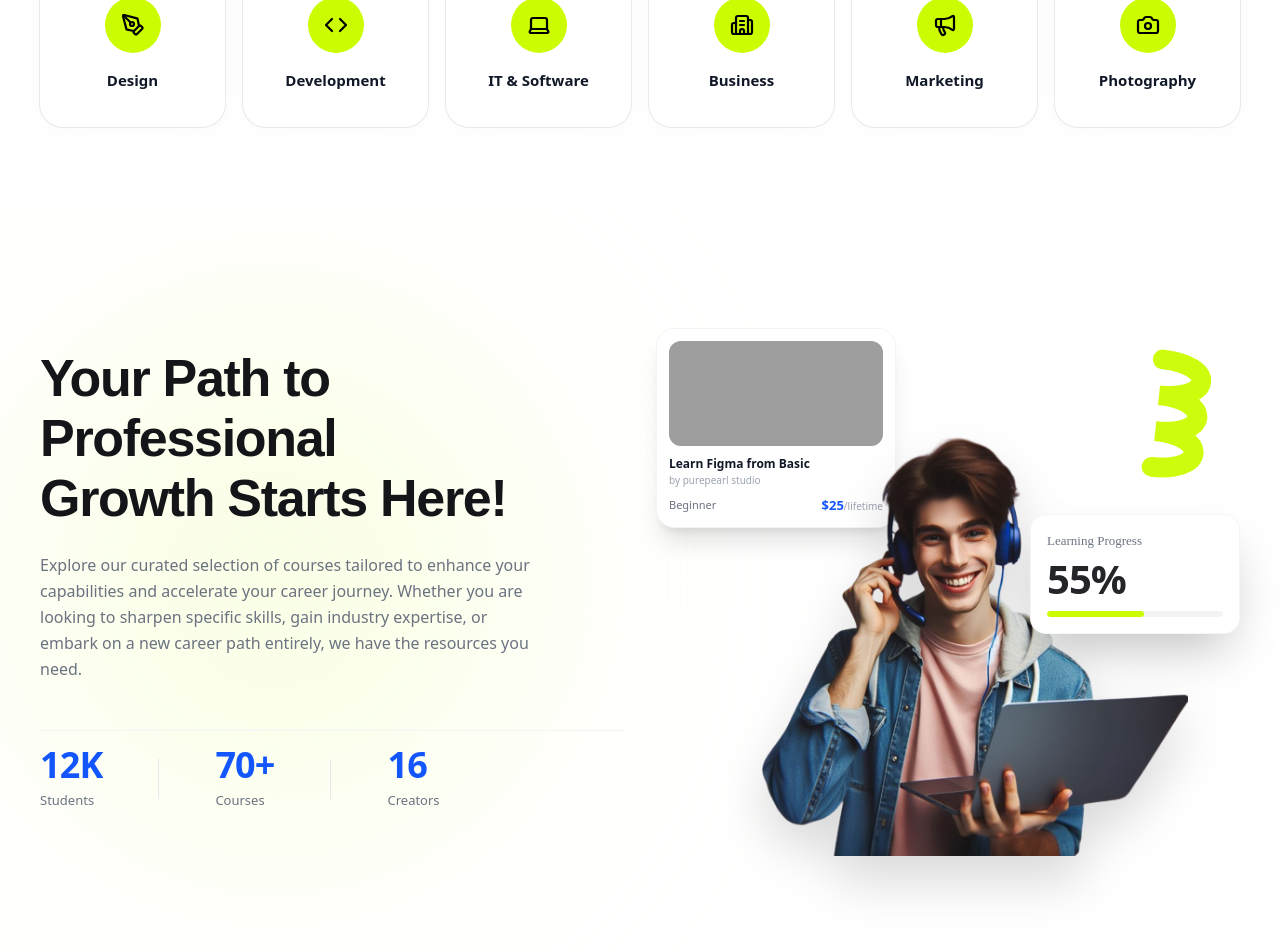
Repository: mdkawsarjomadder/bytespace
Page: /
These files come from the project's save history. The page is drawn as it stood at one moment and after the next save; the edit follows.
The browser window is 1280 px wide. The pictures show the part of the page from y = 2939 to 3891 px (the page is 3891 px tall).
Pictures or frames that could not be fetched are drawn as grey boxes. Some web fonts or font styles are not loaded; a fallback is used. The project was rebuilt for these pictures with package versions that can differ from the ones it lists, and the page was loaded fresh each time. Also part of the build but not shown: vite.config.js.

Above is the page before, as saved 2026-09-29 23:51:25.

### index.html
<!doctype html>
<html lang="en">
  <head>
    <meta charset="UTF-8" />
    <link rel="icon" type="image/svg+xml" href="/favicon.svg" />
    <meta name="viewport" content="width=device-width, initial-scale=1.0" />
    <title>bytespace</title>
  </head>
  <body>
    <div id="root"></div>
    <script type="module" src="/src/main.jsx"></script>
    <link href="https://api.fontshare.com/v2/css?f[]=satoshi@400,500,700&display=swap" rel="stylesheet">
  </body>
</html>

### src/App.jsx
import React from 'react';
import Navbar from './components/Navbar';
import Hero from './components/Hero';
import CategoryPills from './components/CategoryPills';
import CourseGrid from './components/CourseGrid';
import LearningPaths from './components/LearningPaths';
import GrowthStats from './components/GrowthStats';

function App() {
  return (
    <div className="min-h-screen bg-gray-50 font-sans">
      <Navbar />
      <Hero />
      < CategoryPills/>
      < CourseGrid/>
      < LearningPaths/>
      < GrowthStats/>
    </div>
  );
}

export default App;

### src/components/Navbar.jsx
import React from 'react';
import { ShoppingBag } from 'lucide-react';

const Navbar = () => {
  return (
    <header className="w-full h-[120px] bg-[#1456fd] border-b border-blue-400/20 pl-[122px] pr-16 flex items-center justify-between relative z-50">
      {/* 1. Brand Logo (Figma Specs: 171px x 37px) */}
      <div
        className="w-[171px] h-[37px] flex items-center gap-3 cursor-pointer select-none"
        style={{ opacity: 1 }}
      >
        {/* Play Icon Logo */}
        <div className="w-[37px] h-[37px] rounded-full bg-[#d2fb1b] flex items-center justify-center shrink-0">
          <svg
            className="w-4 h-4 text-black fill-current translate-x-0.5"
            viewBox="0 0 24 24"
          >
            <path d="M8 5v14l11-7z" />
          </svg>
        </div>
        {/* Logo Text */}
        <span className="text-[28px] font-bold tracking-tight text-white leading-none font-['Satoshi']">
          ByteSpace
        </span>
      </div>

      {/* 2. Navigation Links */}
      <nav className="hidden md:flex items-center gap-8 font-['Satoshi']">
        <a
          href="#home"
          className="text-[#F5F5F6] text-[16px] leading-[160%] font-normal hover:text-[#d2fb1b] transition-colors"
        >
          Home
        </a>
        <a
          href="#courses"
          className="w-[58px] h-[26px] flex items-center text-[#F5F5F6] text-[16px] leading-[160%] font-normal hover:text-[#d2fb1b] transition-colors"
          style={{ opacity: 1 }}
        >
          Courses
        </a>
        <a
          href="#creators"
          className="text-[#F5F5F6] text-[16px] leading-[160%] font-normal hover:text-[#d2fb1b] transition-colors"
        >
          Creators
        </a>
      </nav>

      {/* 3. Action Buttons & Cart */}
      <div className="flex items-center gap-6 font-['Satoshi']">
        <button
          className="w-[49px] h-[24px] flex items-center justify-center text-[#F5F5F6] text-[16px] leading-[24px] font-normal hover:text-white/80 transition-colors"
          style={{ opacity: 1 }}
        >
          Sign In
        </button>
        <button
          className="h-[24px] px-2 flex items-center justify-center text-[#F5F5F6] text-[16px] leading-[24px] font-normal hover:text-white/80 transition-colors"
          style={{ opacity: 1 }}
        >
          Join us
        </button>
        <button className="text-[#F5F5F6] hover:text-[#d2fb1b] transition-colors flex items-center justify-center ml-2">
          <ShoppingBag size={22} strokeWidth={2} />
        </button>
      </div>
    </header>
  );
};

export default Navbar;

### src/components/CategoryPills.jsx
import React, { useState } from 'react';

const CategoryPills = () => {
  const [activeCategory, setActiveCategory] = useState('Featured');

  // ফিগমার হুবহু ৩টি সারি
  const row1 = [
    'Featured',
    'Music',
    'Drawing & Painting',
    'Marketing',
    'Animation',
    'Social Media',
    'UI/UX Design',
    'Creative Marketing',
  ];

  const row2 = [
    'Digital Illustration',
    'Film & Video',
    'Crafts',
    'Freelance & Entrepreneurship',
    'Graphic Design',
    'Photography',
  ];

  const row3 = [
    'Productivity',
    'Web Development',
    'Data Science',
    'Cooking',
  ];

  return (
    <section className="w-full bg-white pt-24 pb-20 px-4 flex flex-col items-center text-center">
      <div className="w-full max-w-[1200px] mx-auto flex flex-col items-center">

        {/* Title */}
        <h2 className="text-3xl md:text-[44px] font-bold text-[#141518] tracking-tight leading-[1.2] font-['Satoshi',sans-serif]">
          Discover Your Passion, <br /> Build Your Skills
        </h2>

        {/* Subtitle */}
        <p className="mt-4 text-[15px] text-gray-500 max-w-[650px] leading-relaxed font-normal">
          At Bytespace Courses, we bring you closer to life-changing knowledge. Explore a variety of courses across different fields, from technology to the arts, and make a difference in your career and life.
        </p>

        {/* Category Filter Pills (Strict 3 Rows) */}
        <div className="mt-12 flex flex-col items-center gap-3.5 w-full">

          {/* Row 1: 8 Items (No wrap on large screens) */}
          <div className="flex flex-wrap lg:flex-nowrap justify-center items-center gap-2.5">
            {row1.map((item) => (
              <button
                key={item}
                onClick={() => setActiveCategory(item)}
                className={`px-4 py-2 rounded-full text-[13px] font-medium transition-all whitespace-nowrap cursor-pointer ${
                  activeCategory === item
                    ? 'bg-[#CBFC01] text-black font-semibold'
                    : 'bg-[#F4F5F7] text-gray-700 hover:bg-gray-200'
                }`}
              >
                {item}
              </button>
            ))}
          </div>

          {/* Row 2: 6 Items */}
          <div className="flex flex-wrap lg:flex-nowrap justify-center items-center gap-2.5">
            {row2.map((item) => (
              <button
                key={item}
                onClick={() => setActiveCategory(item)}
                className={`px-4 py-2 rounded-full text-[13px] font-medium transition-all whitespace-nowrap cursor-pointer ${
                  activeCategory === item
                    ? 'bg-[#CBFC01] text-black font-semibold'
                    : 'bg-[#F4F5F7] text-gray-700 hover:bg-gray-200'
                }`}
              >
                {item}
              </button>
            ))}
          </div>

          {/* Row 3: 4 Items + More Button */}
          <div className="flex flex-wrap justify-center items-center gap-2.5">
            {row3.map((item) => (
              <button
                key={item}
                onClick={() => setActiveCategory(item)}
                className={`px-4 py-2 rounded-full text-[13px] font-medium transition-all whitespace-nowrap cursor-pointer ${
                  activeCategory === item
                    ? 'bg-[#CBFC01] text-black font-semibold'
                    : 'bg-[#F4F5F7] text-gray-700 hover:bg-gray-200'
                }`}
              >
                {item}
              </button>
            ))}

            {/* + More Button */}
            <button className="px-3 py-2 text-[13px] font-semibold text-[#1456fd] hover:underline cursor-pointer flex items-center gap-1">
              + More
            </button>
          </div>

        </div>

      </div>
    </section>
  );
};

export default CategoryPills;

### src/components/LearningPaths.jsx
import React from 'react';
import { PenTool, Code, Laptop, Building2, Megaphone, Camera } from 'lucide-react';

const paths = [
  { id: 1, name: 'Design', icon: PenTool },
  { id: 2, name: 'Development', icon: Code },
  { id: 3, name: 'IT & Software', icon: Laptop },
  { id: 4, name: 'Business', icon: Building2 },
  { id: 5, name: 'Marketing', icon: Megaphone },
  { id: 6, name: 'Photography', icon: Camera },
];

const LearningPaths = () => {
  return (
    <section className="w-full bg-white py-20 px-4 flex justify-center">
      <div className="w-full max-w-[1202px] flex flex-col items-center text-center">

        {/* Title */}
        <h2 className="text-3xl md:text-[44px] font-bold text-[#141518] tracking-tight leading-[1.2] font-['Satoshi',sans-serif]">
          Explore Diverse Learning Paths at Bytespace
        </h2>

        {/* Subtitle */}
        <p className="mt-4 text-sm md:text-[15px] text-gray-500 max-w-[760px] leading-relaxed font-normal">
          At Bytespace, we believe in empowering individuals through knowledge. Our diverse range of courses spans various fields, ensuring there's something for everyone. Unleash your potential and explore our carefully curated categories.
        </p>

        {/* Learning Path 6 Cards Row (Figma: 1202px x 167px) */}
        <div className="mt-14 w-full grid grid-cols-2 sm:grid-cols-3 lg:grid-cols-6 gap-4">
          {paths.map((item) => {
            const Icon = item.icon;
            return (
              <div
                key={item.id}
                className="h-[167px] bg-white rounded-[24px] border border-gray-200/90 hover:border-gray-300 shadow-[0_4px_20px_rgba(0,0,0,0.02)] hover:shadow-md transition-all duration-200 flex flex-col items-center justify-center gap-4 cursor-pointer group"
              >
                {/* Lime Circular Icon */}
                <div className="w-14 h-14 rounded-full bg-[#CBFC01] flex items-center justify-center transition-transform group-hover:scale-110">
                  <Icon className="w-6 h-6 text-black stroke-[2.2]" />
                </div>

                {/* Path Label */}
                <span className="text-[15px] font-bold text-gray-900 group-hover:text-[#1456fd] transition-colors">
                  {item.name}
                </span>
              </div>
            );
          })}
        </div>

      </div>
    </section>
  );
};

export default LearningPaths;

### src/components/GrowthStats.jsx
import React from 'react';
import One1 from '../assets/01.png';

const GrowthStats = () => {
  return (
    <section className="relative w-full bg-white py-24 px-4 overflow-hidden flex justify-center">
      {/* Background Soft Glow on Left */}
      <div className="absolute left-0 top-1/2 -translate-y-1/2 w-[550px] h-[550px] bg-[#f2ffc2]/40 rounded-full blur-[120px] pointer-events-none" />

      <div className="w-full max-w-[1200px] grid grid-cols-1 lg:grid-cols-12 gap-12 lg:gap-8 items-center relative z-10">

        {/* ================= LEFT CONTENT AREA ================= */}
        <div className="lg:col-span-6 flex flex-col justify-center text-left">

          {/* Main Heading */}
          <h2 className="text-4xl md:text-[52px] font-bold text-[#141518] tracking-tight leading-[1.15] font-['Satoshi',sans-serif]">
            Your Path to Professional <br /> Growth Starts Here!
          </h2>

          {/* Subtitle Description */}
          <p className="mt-6 text-[15px] md:text-[16px] text-gray-500 leading-relaxed max-w-[500px]">
            Explore our curated selection of courses tailored to enhance your capabilities and accelerate your career journey. Whether you are looking to sharpen specific skills, gain industry expertise, or embark on a new career path entirely, we have the resources you need.
          </p>

          {/* 3 Counter Statistics */}
          <div className="mt-12 flex items-center gap-10 md:gap-14 pt-4 border-t border-gray-100">
            <div>
              <span className="text-3xl md:text-[36px] font-extrabold text-[#1456fd] block leading-none tracking-tight">
                12K
              </span>
              <span className="text-[13px] text-gray-500 font-medium mt-2 block">
                Students
              </span>
            </div>

            <div className="w-[1px] h-10 bg-gray-200" />

            <div>
              <span className="text-3xl md:text-[36px] font-extrabold text-[#1456fd] block leading-none tracking-tight">
                70+
              </span>
              <span className="text-[13px] text-gray-500 font-medium mt-2 block">
                Courses
              </span>
            </div>

            <div className="w-[1px] h-10 bg-gray-200" />

            <div>
              <span className="text-3xl md:text-[36px] font-extrabold text-[#1456fd] block leading-none tracking-tight">
                16
              </span>
              <span className="text-[13px] text-gray-500 font-medium mt-2 block">
                Creators
              </span>
            </div>
          </div>

        </div>

        {/* ================= RIGHT VISUAL COLLAGE (621px x 552px) ================= */}
        <div className="lg:col-span-6 flex justify-center lg:justify-end">
          <div className="relative w-full max-w-[621px] h-[552px] flex items-end justify-center">

            {/* Top Right Lime Spring */}
            <div className="absolute right-2 top-10 w-24 h-36 pointer-events-none hidden sm:block z-0 opacity-95 rotate-6">
              <svg viewBox="0 0 100 160" fill="none" className="w-full h-full stroke-[#CBFC01]" strokeWidth="22" strokeLinecap="round">
                <path d="M 20 20 C 80 20, 80 60, 20 60 C 80 60, 80 100, 20 100 C 80 100, 80 140, 20 140" />
              </svg>
            </div>

            {/* Back Left Miniature Course Card (Figma Exact) */}
            <div className="absolute left-0 top-6 z-10 w-[240px] bg-white rounded-[18px] p-3 shadow-xl border border-gray-100 hidden sm:block">
              <div className="w-full h-[105px] rounded-[12px] overflow-hidden bg-gray-100">
                <img
                  src="https://images.unsplash.com/photo-1581291518857-4e27b48ff24e?auto=format&fit=crop&w=400&q=80"
                  alt="Course Thumbnail"
                  className="w-full h-full object-cover"
                />
              </div>
              <div className="mt-2.5">
                <h4 className="text-[12px] font-bold text-gray-900 leading-tight">
                  Learn Figma from Basic
                </h4>
                <p className="text-[10px] text-gray-400 mt-0.5">by purepearl studio</p>
                <div className="mt-2 flex items-center justify-between">
                  <span className="text-[11px] text-gray-500 font-medium">Beginner</span>
                  <span className="text-[13px] font-bold text-[#1456fd]">$25<span className="text-[10px] text-gray-400 font-normal">/lifetime</span></span>
                </div>
              </div>
            </div>

            {/* Main Student Center Image */}
            <img
              src={One1}
              alt="Student Working"
              className="w-[430px] md:w-[480px] h-auto object-contain relative z-20 pointer-events-none drop-shadow-2xl"
            />

            {/* Floating Learning Progress Card on Right (232x131px) */}
            <div
              className="absolute right-0 top-[210px] z-30 bg-white rounded-[16px] shadow-2xl border border-gray-100/80 flex flex-col justify-between"
              style={{
                width: '210px',
                height: '120px',
                padding: '16px',
              }}
            >
              <span className="font-['Satoshi'] font-medium text-[13px] text-gray-500 block">
                Learning Progress
              </span>

              <span className="font-semibold text-[40px] leading-none tracking-tight text-[#242528] flex items-center">
                55%
              </span>

              <div className="w-full bg-gray-100 h-1.5 rounded-full overflow-hidden mt-1">
                <div className="bg-[#CBFC01] h-full w-[55%] rounded-full" />
              </div>
            </div>

          </div>
        </div>

      </div>
    </section>
  );
};

export default GrowthStats;

Loaded but not shown: src/main.jsx (common file); src/index.css (common file); tailwind.config.js (common file); src/components/Hero.jsx (220 lines, source omitted); src/components/CourseGrid.jsx (160 lines, source omitted)

After the next save:
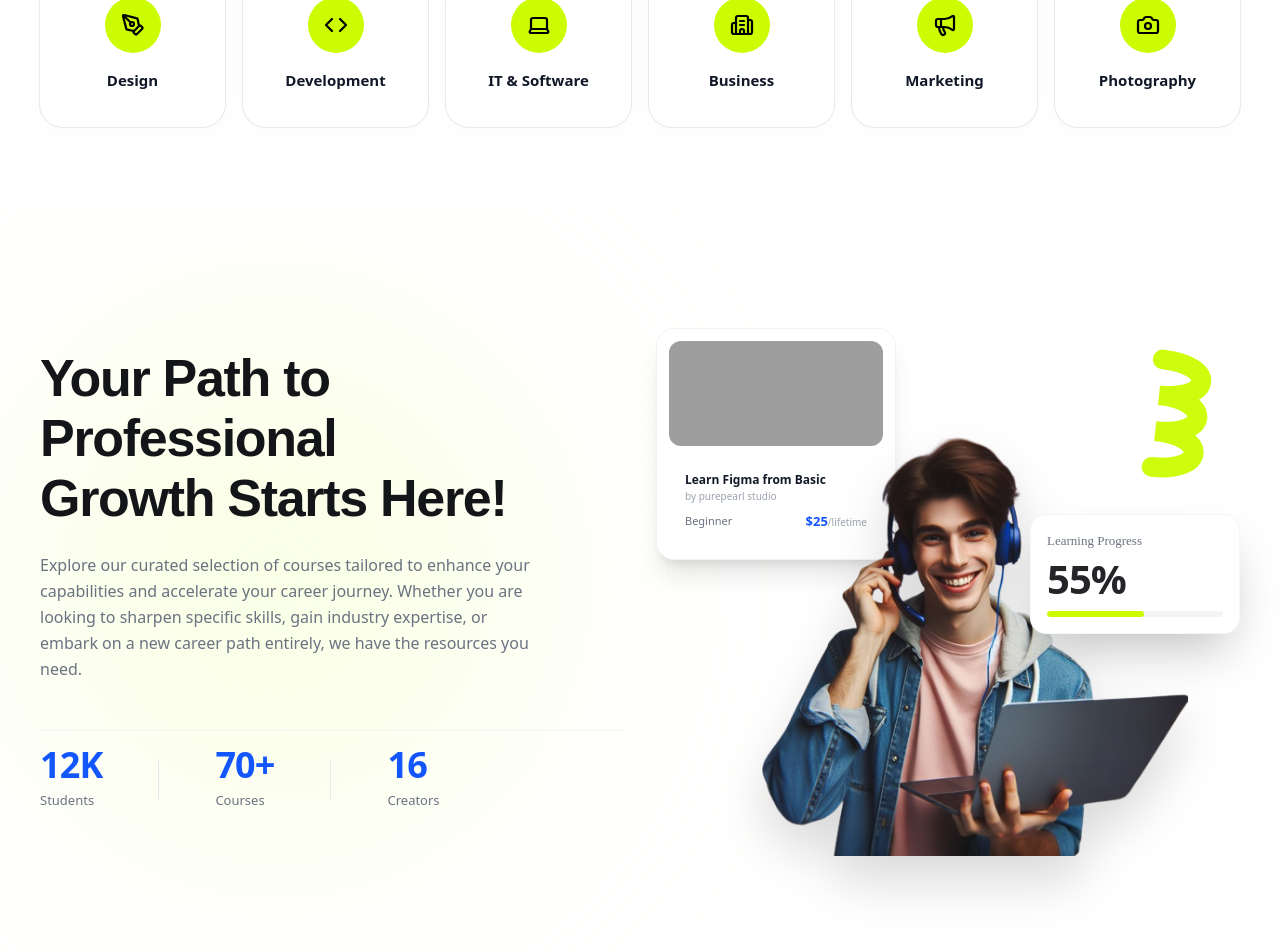
Saved 101 s later.
--- a/src/components/GrowthStats.jsx
+++ b/src/components/GrowthStats.jsx
@@ -78,7 +78,7 @@
                   className="w-full h-full object-cover"
                 />
               </div>
-              <div className="mt-2.5">
+              <div className="mt-2.5 p-4">
                 <h4 className="text-[12px] font-bold text-gray-900 leading-tight">
                   Learn Figma from Basic
                 </h4>

After the save that followed:
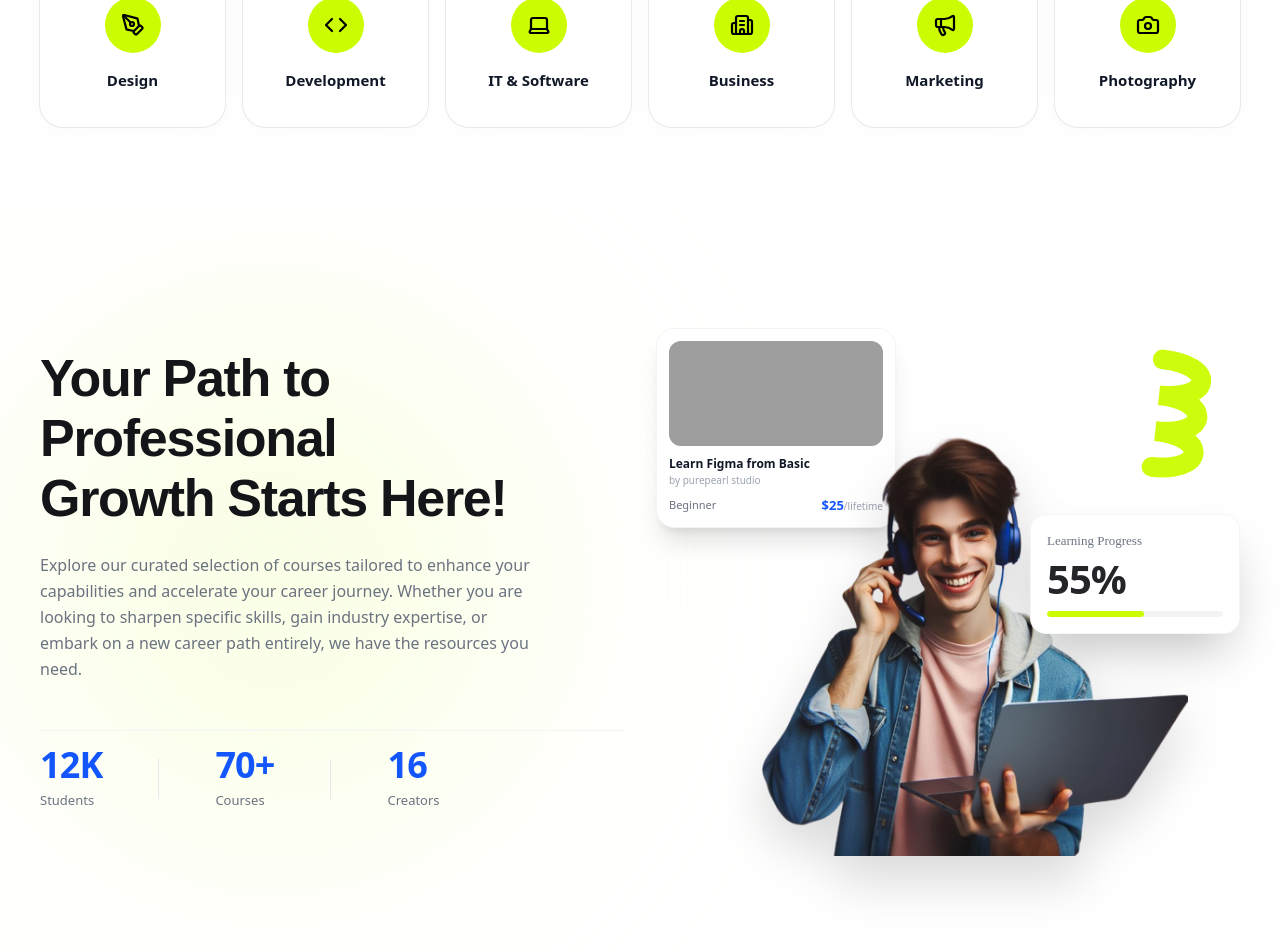
Saved 7 s later.
--- a/src/components/GrowthStats.jsx
+++ b/src/components/GrowthStats.jsx
@@ -78,7 +78,7 @@
                   className="w-full h-full object-cover"
                 />
               </div>
-              <div className="mt-2.5 p-4">
+              <div className="mt-2.5">
                 <h4 className="text-[12px] font-bold text-gray-900 leading-tight">
                   Learn Figma from Basic
                 </h4>
